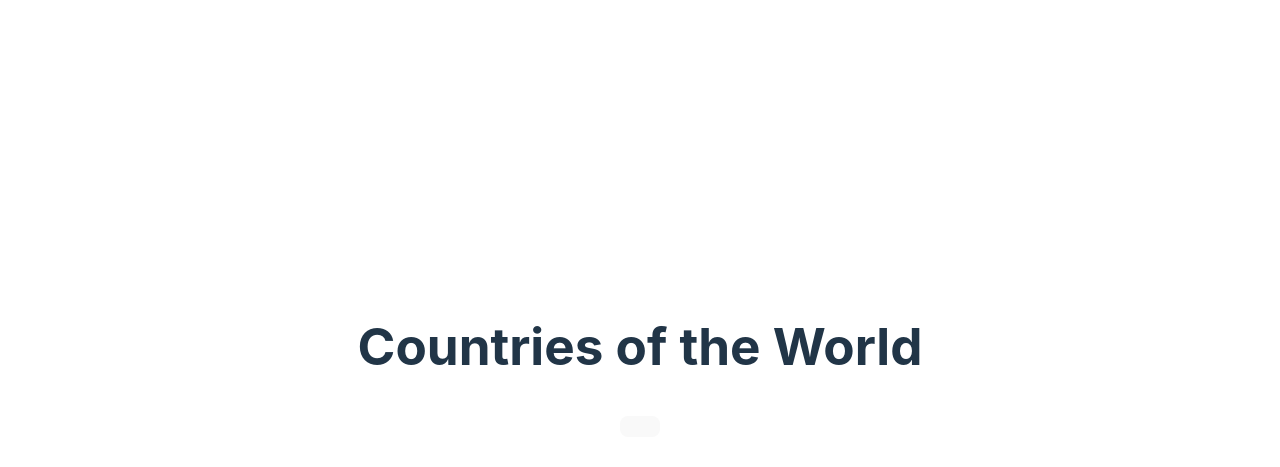
Repository: Vanessahyc/COMP3170_Lab06
Page: /
The author's editor kept a copy of each file at every save. The page is drawn from the files as they stood at one save, then again after the next save.
The browser window is 1280 px wide. The pictures show the whole page.
The project was rebuilt for these pictures with package versions that can differ from the ones it lists, and the page was loaded fresh each time. Also part of the build but not shown: vite.config.js, src/components/Country.jsx.

Above is the page before, as saved 2024-11-14 11:53:39.

After the next save:
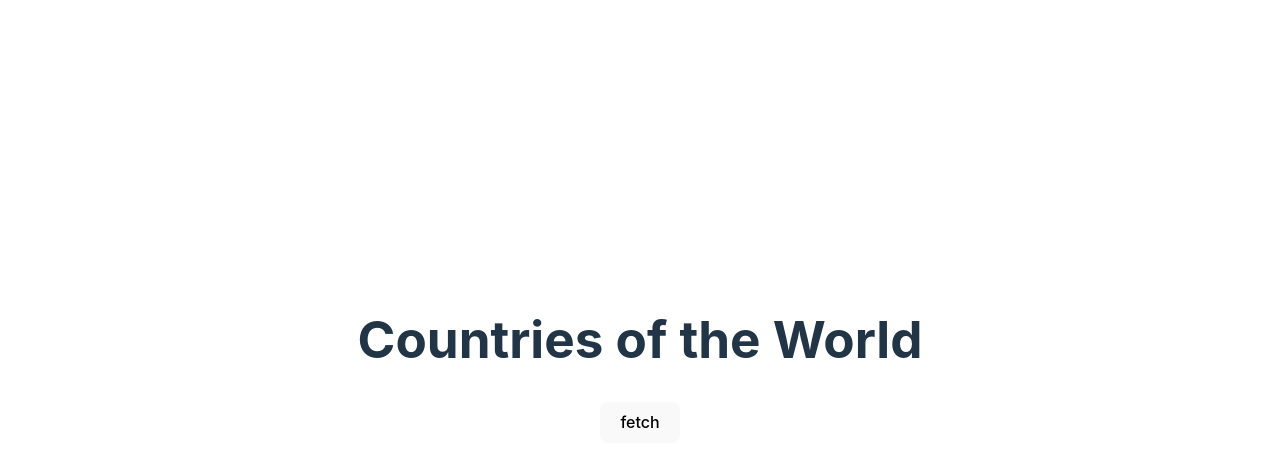
Saved 10 s later.
--- a/src/App.jsx
+++ b/src/App.jsx
@@ -38,7 +38,7 @@ function App() {
   return (
     <div>
       <h1>Countries of the World</h1>
-      <button onClick={handleFetch}></button>
+      <button onClick={handleFetch}>fetch</button>
       <Countries countries={countries}/>
     </div>
   );
